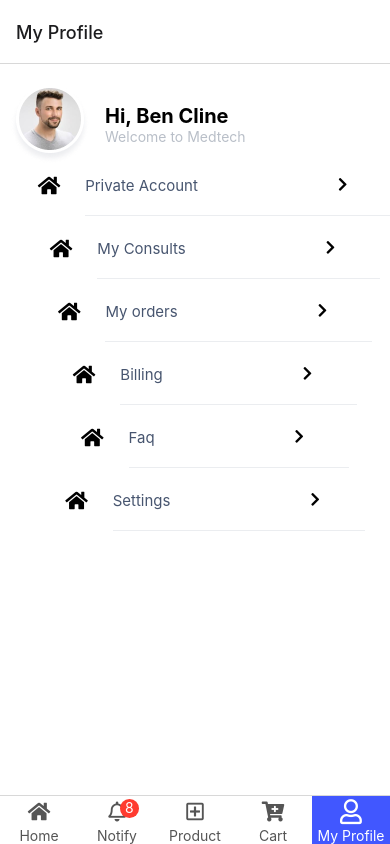
Repository: ntu34543/designReactNative
Screen: /My Profile
An editor plug-in stored every save of this project. The screen is shown before and after the next save, followed by the edit.
The app was drawn by React Native's web renderer in a window 390 px wide. The project was rebuilt for these pictures with package versions that can differ from the ones it lists, and the page was loaded fresh each time. Some packages were replaced by stand-ins written for this rebuild. Also part of the build but not shown: page/DiabetesCare.js, page/Notify.js, page/Cart.js.

Above is the screen before, as saved 2022-11-02 11:02:13.

After the next save:
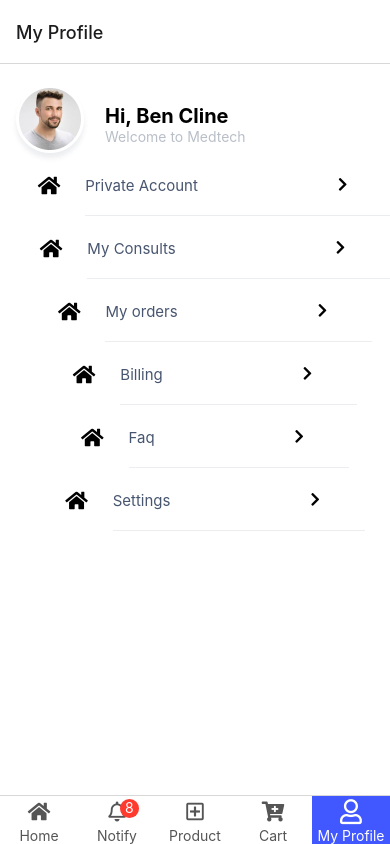
Saved 3 min 50 s later.
--- a/page/Profile.js
+++ b/page/Profile.js
@@ -131,7 +131,7 @@ const styles = StyleSheet.create({
     paddingLeft: 140,
   },
   iconChevron1 : {
-    paddingLeft: 140,
+    paddingLeft: 160,
   },
   iconChevron2 : {
     paddingLeft: 140,
